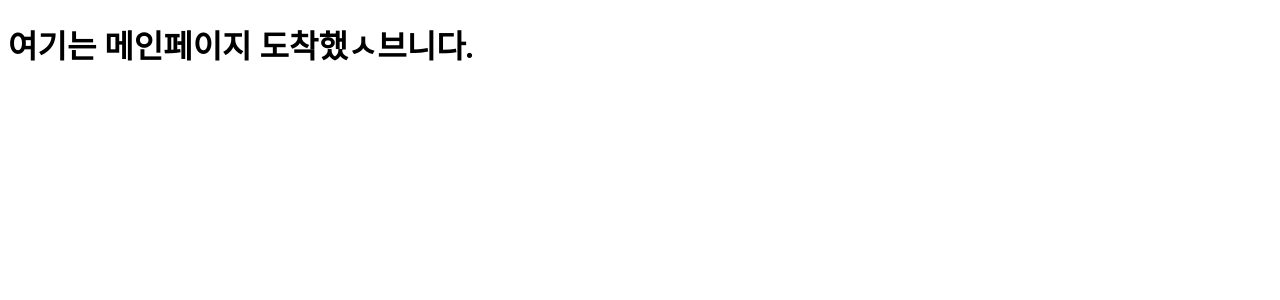
Repository: stonegorilla/StonePortFolio
Page: http://localhost/Backend_pjt/board/main.jsp
The author's editor kept a copy of each file at every save. The page is drawn from the files as they stood at one save, then again after the next save.
The browser window is 1280 px wide. The pictures show the whole page.
The page is served by Tomcat 9.

Above is the page before, as saved 2022-09-15 06:57:07.

After the next save:
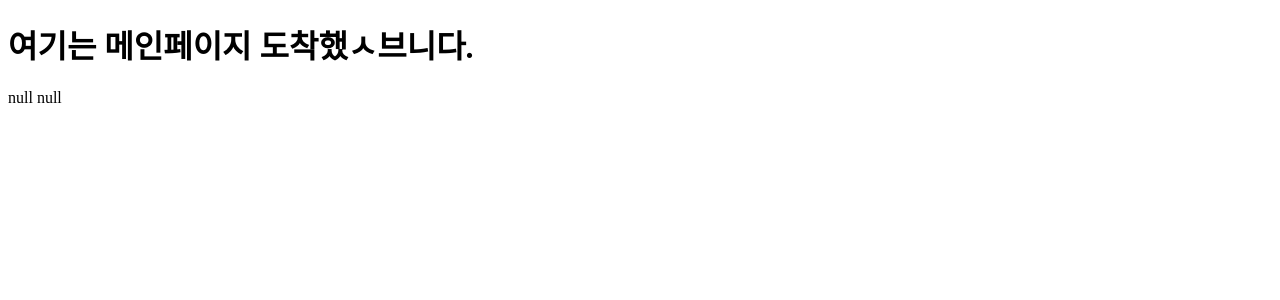
Saved 75 s later.
--- a/backendpjt/Backend_pjt/WebContent/board/main.jsp
+++ b/backendpjt/Backend_pjt/WebContent/board/main.jsp
@@ -9,5 +9,7 @@
 <body>
 
 	<h1>여기는 메인페이지 도착했ㅅ브니다. </h1>
+	<%= session.getAttribute("userIndex") %>
+	<%= session.getAttribute("loginUser") %>
 </body>
 </html>
